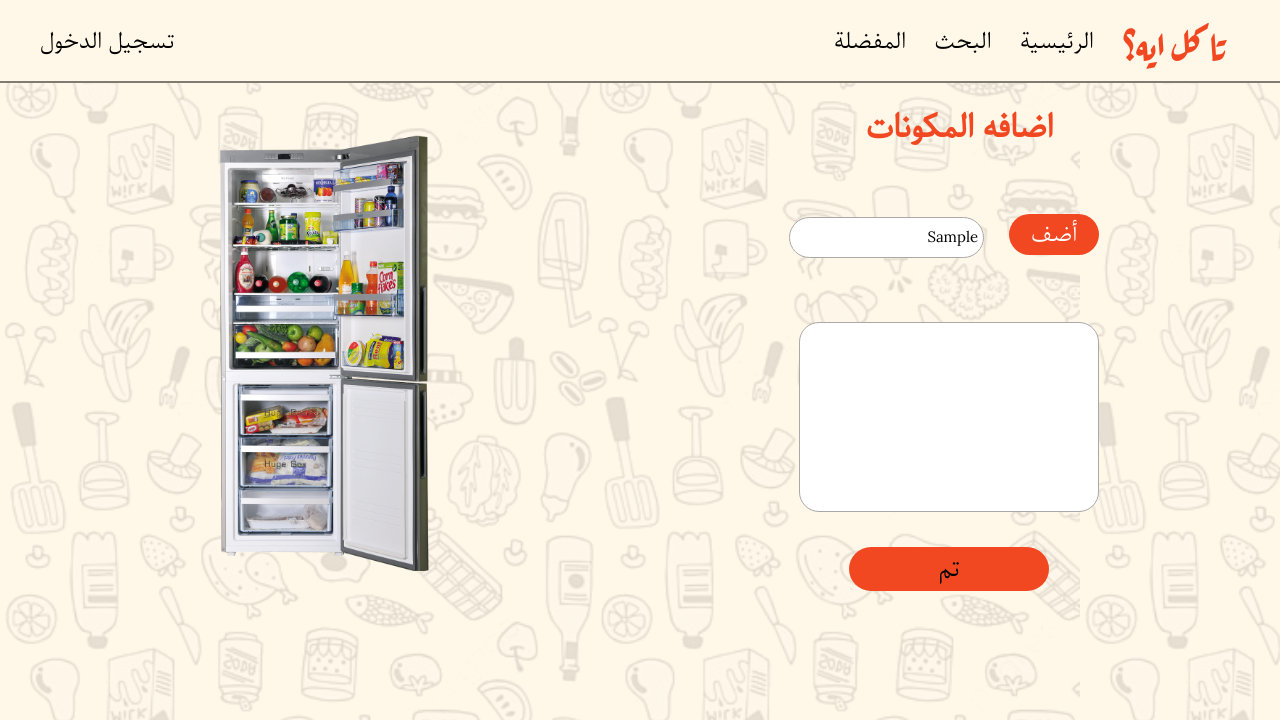
Repository: TarekZsc97/TakolEh1
Page: http://localhost/enter-data
The author's editor kept a copy of each file at every save. The page is drawn from the files as they stood at one save, then again after a run of saves.
The browser window is 1280 px wide. The pictures show the whole page.
Empty fields were first filled with sample values (such as "Sample", 5 or name@example.com).
After loading, the first visible `button.add-btn` was clicked once.
The page is served by the project's application, run on Flask 3 (app.py).

Above is the page before, as saved 2023-12-20 00:45:30.
Console error: TypeError: Cannot set properties of undefined (setting 'name')

After the next 2 saves:
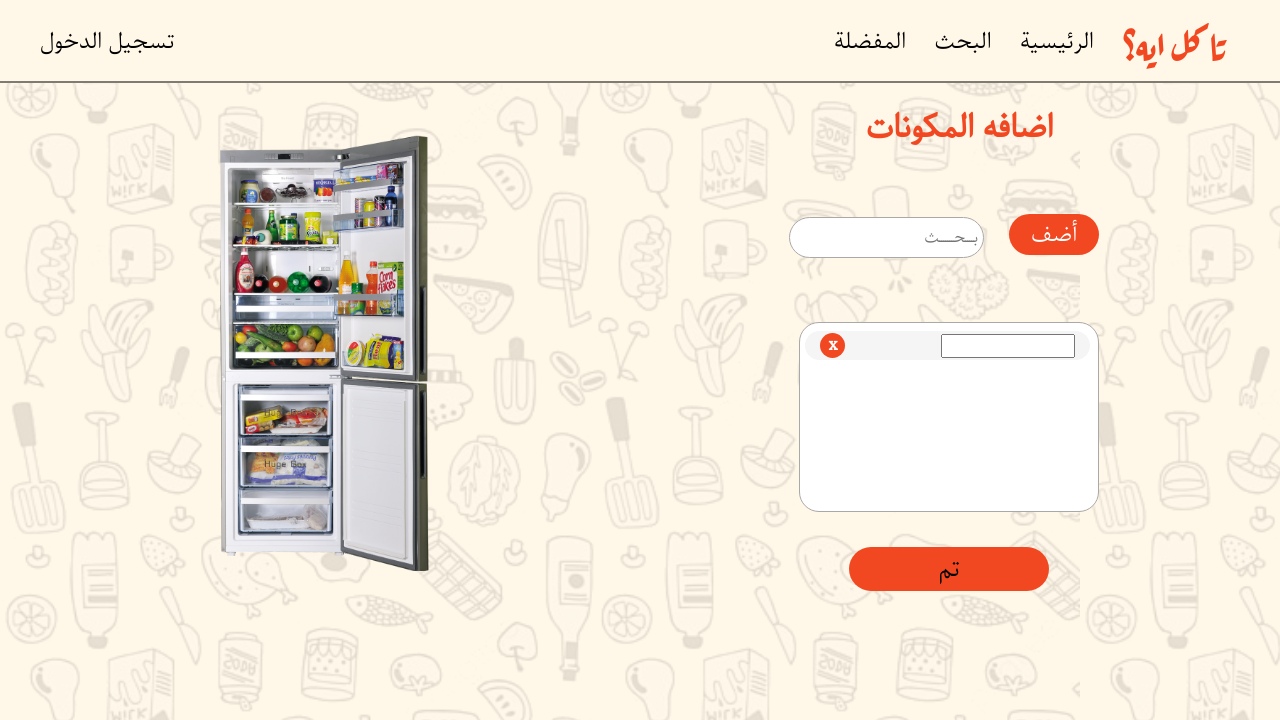
The error is gone.
The 2 saves are shown as one change because they came seconds apart.
The last was saved 7 s later.
--- a/static/js/enter.js
+++ b/static/js/enter.js
@@ -5,7 +5,7 @@ let div = document.querySelector('.gradiants')
 btn.addEventListener('click',function(){
    if(searchCont.value !== ''){
    let par = document.createElement('input')
-   par.
+   par.classList.add[""]
    par.name = "search"
    par.append(document.createTextNode(searchCont.value))
    let cancel = document.createElement('span')
